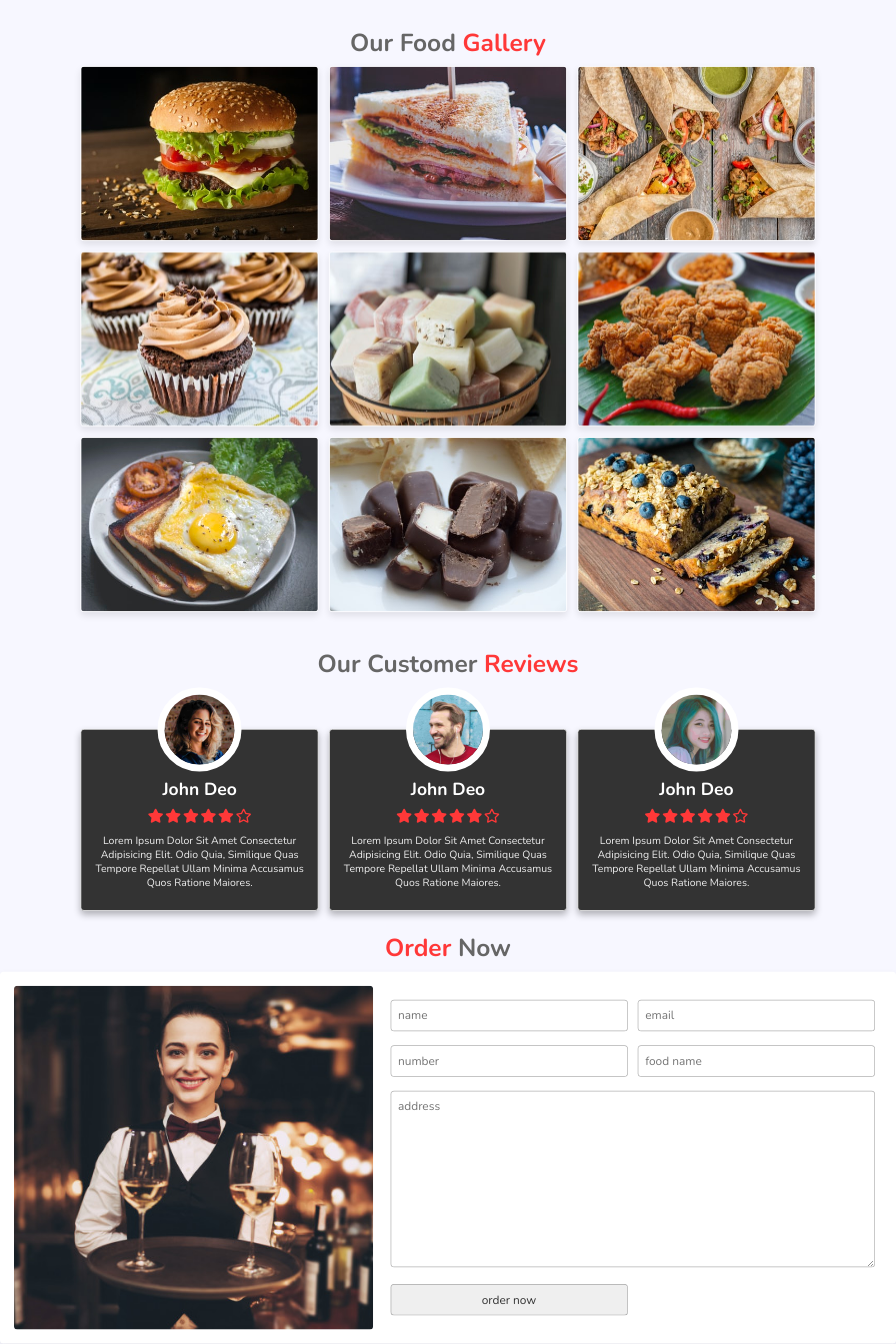
Repository: ManhTanVN/food
Page: index.html
These files come from the project's save history. The page is drawn as it stood at one moment and after the next save; the edit follows.
The browser window is 1280 px wide. The pictures show the part of the page from y = 2695 to 4615 px (the page is 4615 px tall before and 4513 px after), at 70% of full size.
The style sheet was rebuilt from its Sass, Less or Tailwind sources for each picture, by a compiler version that may differ from the author's.

Above is the page before, as saved 2021-08-29 21:17:03.

After the next save:
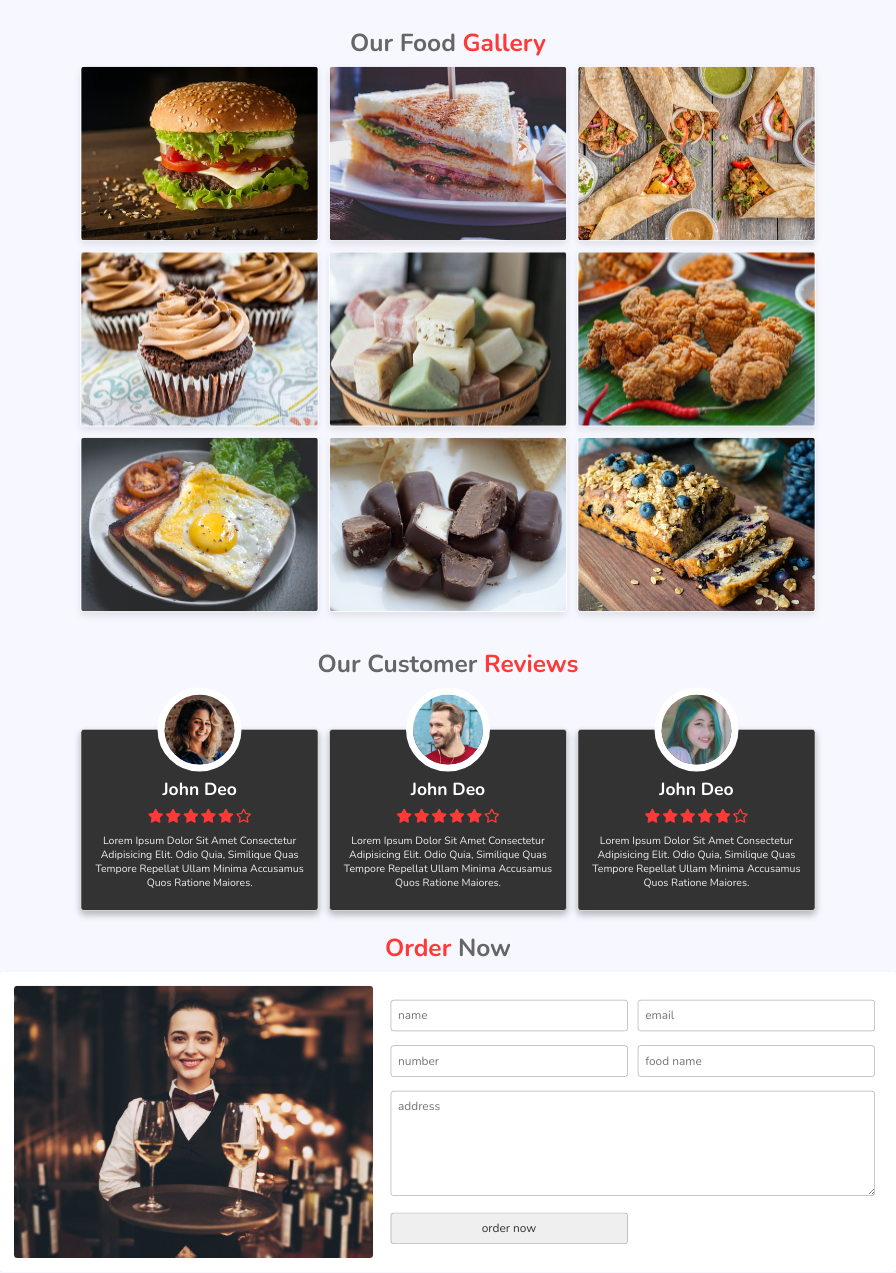
Saved 49 s later.
--- a/sass/_order.scss
+++ b/sass/_order.scss
@@ -39,6 +39,9 @@
             }
             & textarea{
                 width: 100%;
+                // resize: none;
+                height: 15rem;
+
             }
         }
     }
